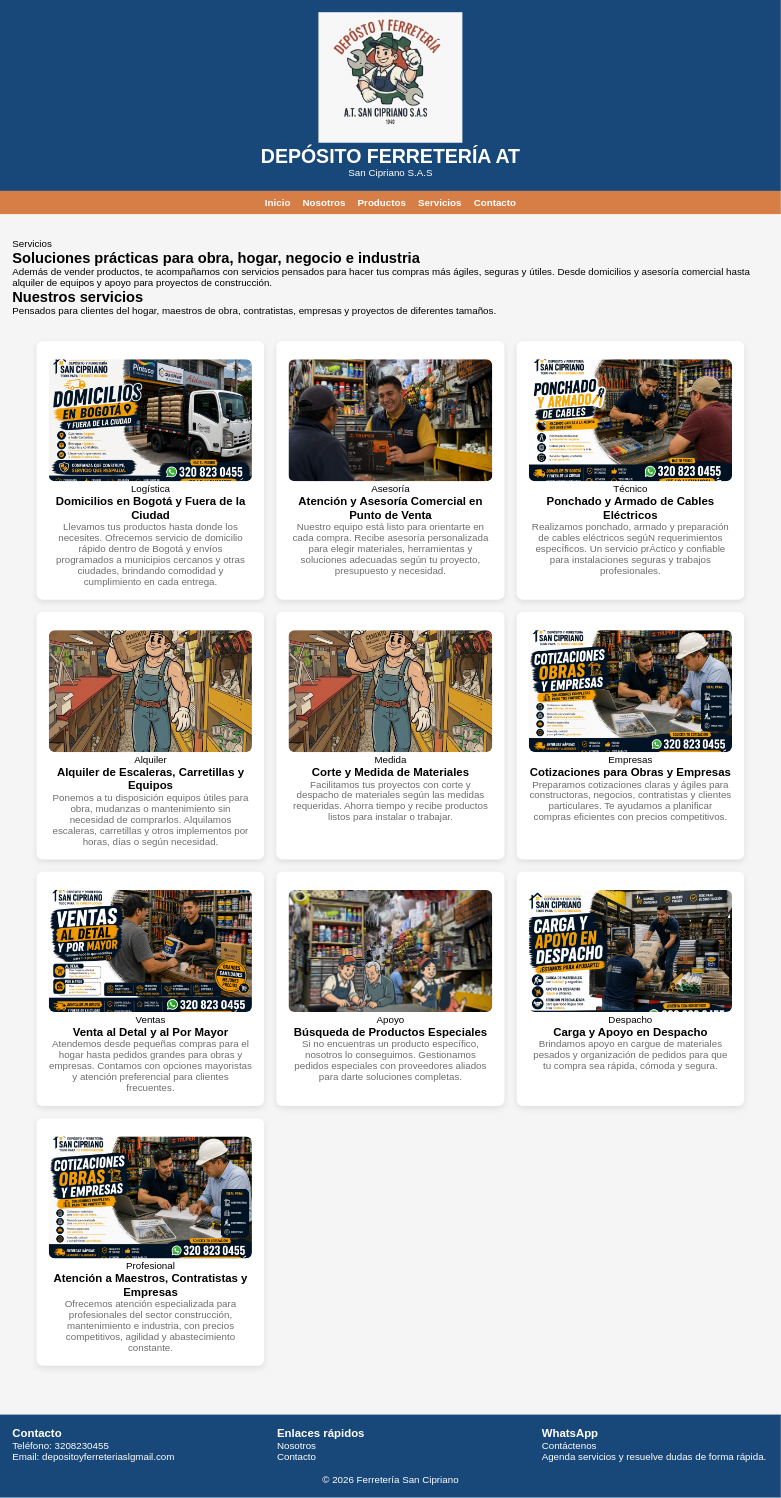
Repository: Sevanjo/ferreteria-web
Page: HTML/servicios.html
These files come from the project's save history. The page is drawn as it stood at one moment and after the next save; the edit follows.
The browser window is 1280 px wide. The pictures show the whole page, at 61% of full size.

Above is the page before, as saved 2026-05-02 09:29:25.

After the next save:
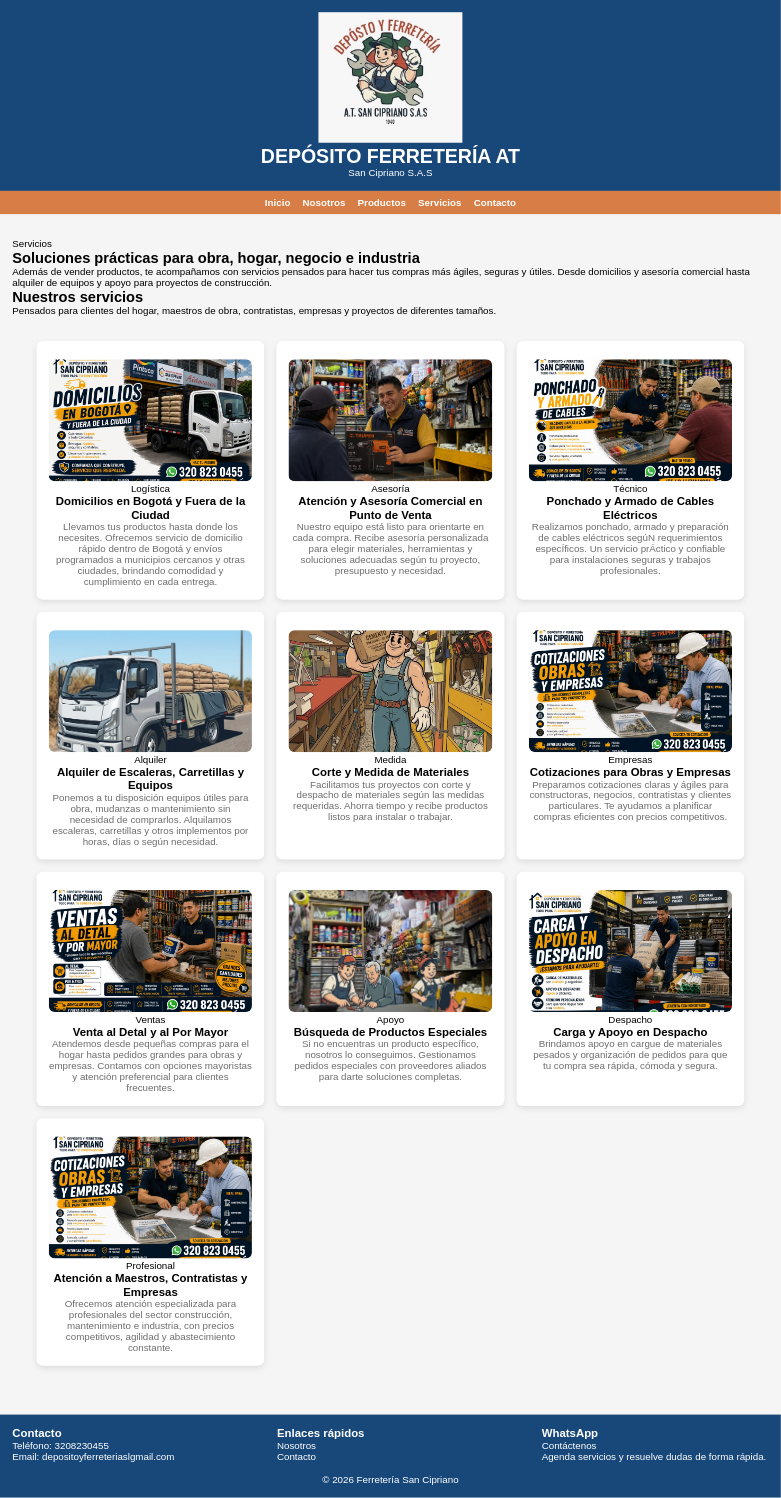
Saved 115 s later.
--- a/HTML/servicios.html
+++ b/HTML/servicios.html
@@ -79,7 +79,7 @@
                 </article>
 
                 <article class="service-card">
-                    <img src="../IMAGENES/Servicios/1c05482b-b0a7-40a3-a0d4-926543433da4.jpg" alt="Alquiler de escaleras, carretillas y equipos">
+                    <img src="../IMAGENES/Servicios/alquiler.jpg" alt="Alquiler de escaleras, carretillas y equipos">
                     <div class="service-content">
                         <span class="service-tag">Alquiler</span>
                         <h3>Alquiler de Escaleras, Carretillas y Equipos</h3>
